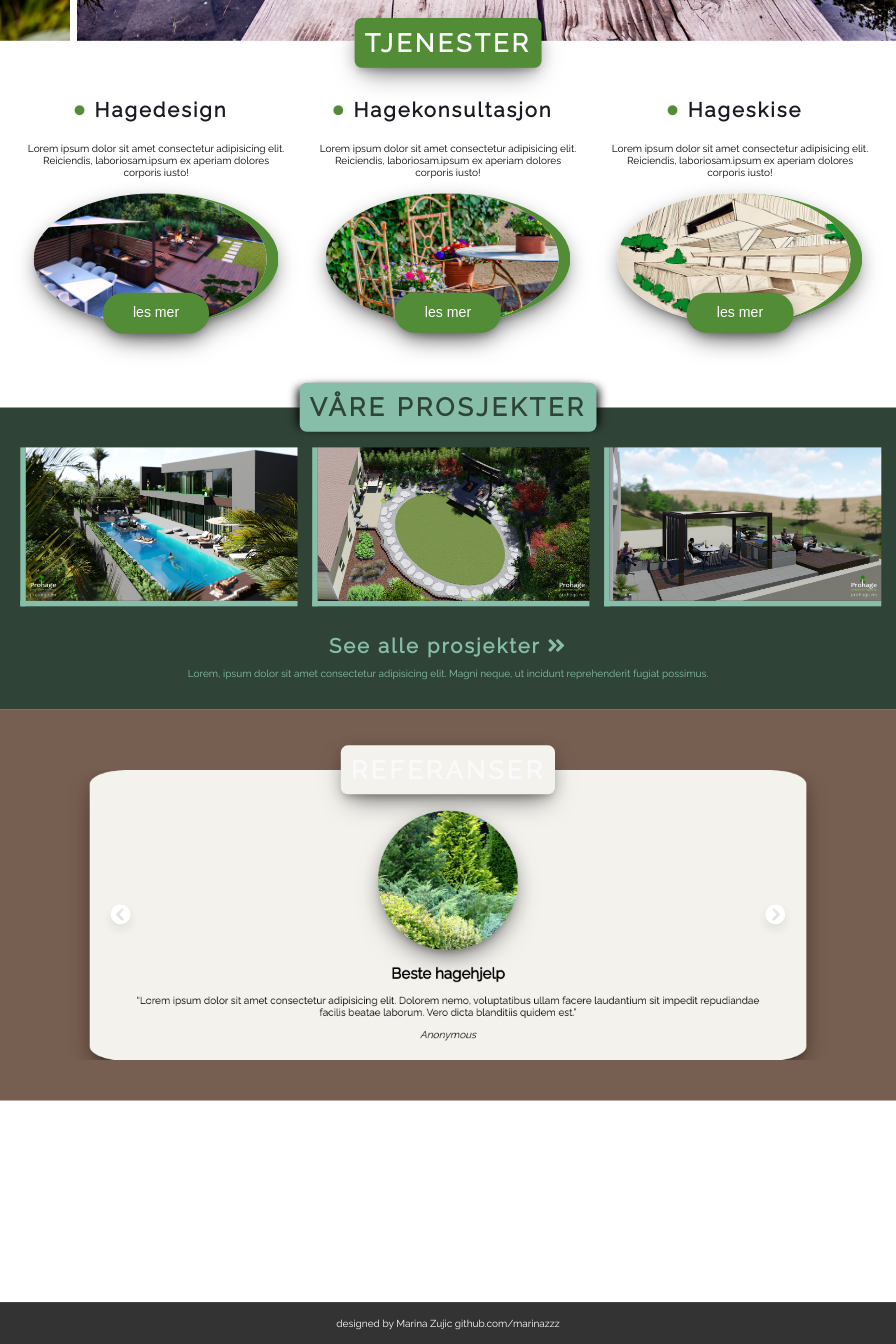
Repository: marinazzz/garden-design-website
Page: index.html
These files come from the project's save history. The page is drawn as it stood at one moment and after the next save; the edit follows.
The browser window is 1280 px wide. The pictures show the part of the page from y = 943 to 2863 px (the page is 2863 px tall), at 70% of full size.

Above is the page before, as saved 2020-04-03 21:39:43.

After the next save:
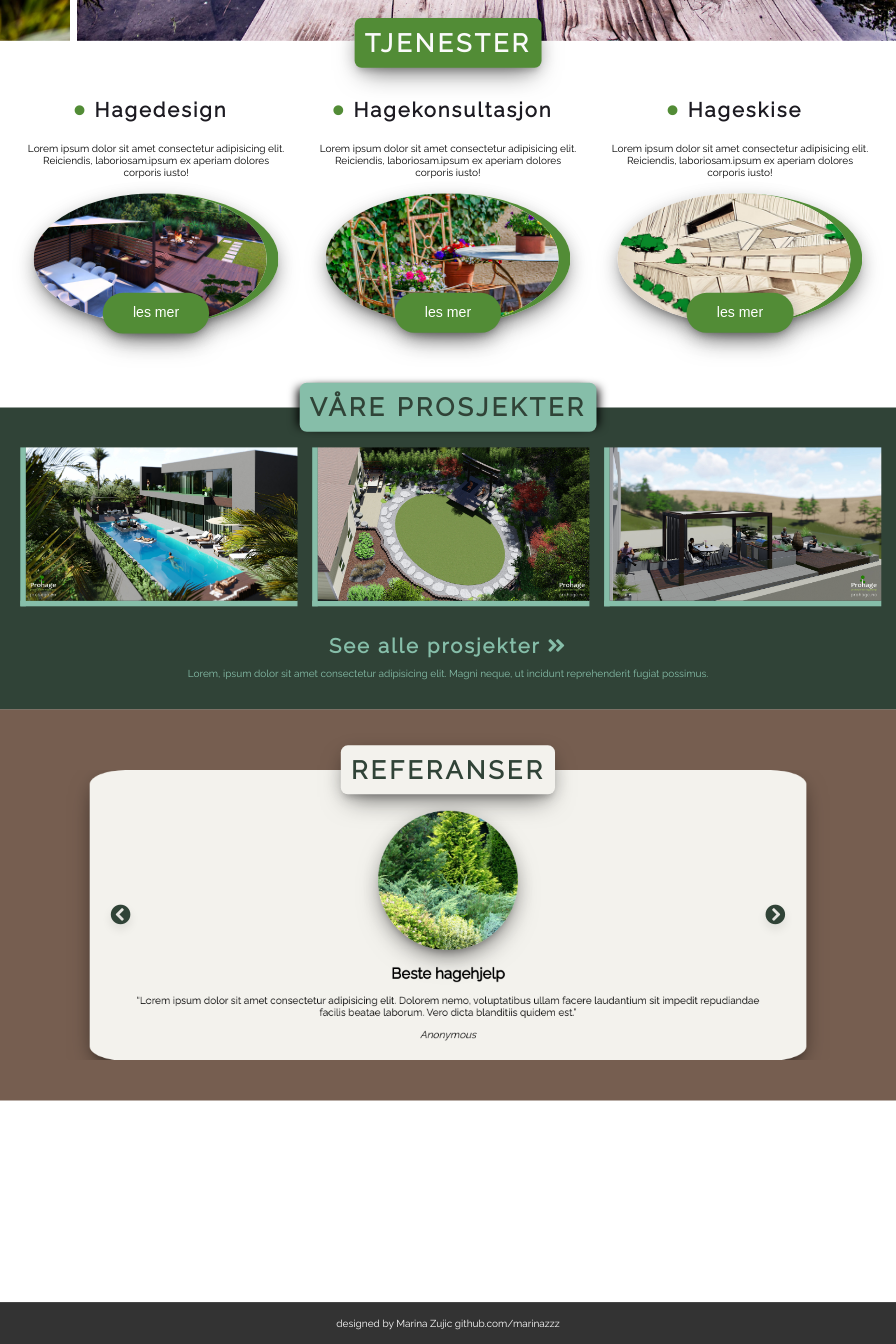
Saved 13 s later.
--- a/CSS/style.css
+++ b/CSS/style.css
@@ -464,7 +464,9 @@ blockquote > footer{
   transition: all 200ms ease-in-out;
 }
 
-.reviews__title > i {
+.reviews__title,
+.fa-chevron-circle-left,
+.fa-chevron-circle-right {
   color: #304337;
 }
 
